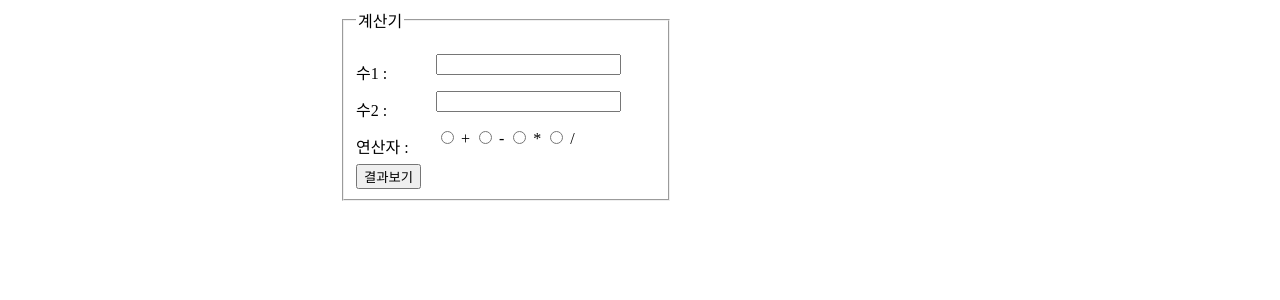
Repository: Kebiskim/2023_jspStudy
Page: 01_servlet/src/main/webapp/view/Ex07.html
These files come from the project's save history. The page is drawn as it stood at one moment and after a run of saves; the edit follows.
The browser window is 1280 px wide. The pictures show the whole page.

Above is the page before, as saved 2023-06-30 04:19:21.

After the next 2 saves:
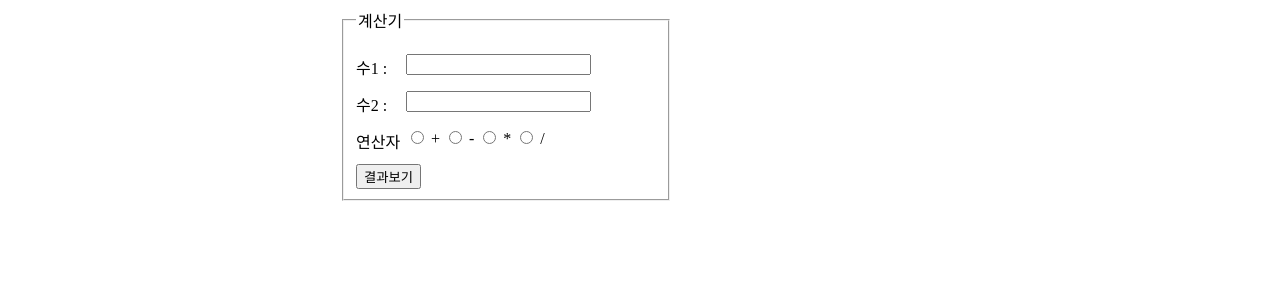
The 2 saves are shown as one change because they came seconds apart.
The last was saved 40 s later.
--- a/01_servlet/src/main/webapp/view/Ex07.html
+++ b/01_servlet/src/main/webapp/view/Ex07.html
@@ -13,10 +13,10 @@
 		margin: auto;
 	}
 	label{
-		width: 80px;
+		width: 50px;
 		height: 30px;
 		float: left;
-		line-height: 40px;
+		line-height: 30px;
 	}
 </style>
 </head>
